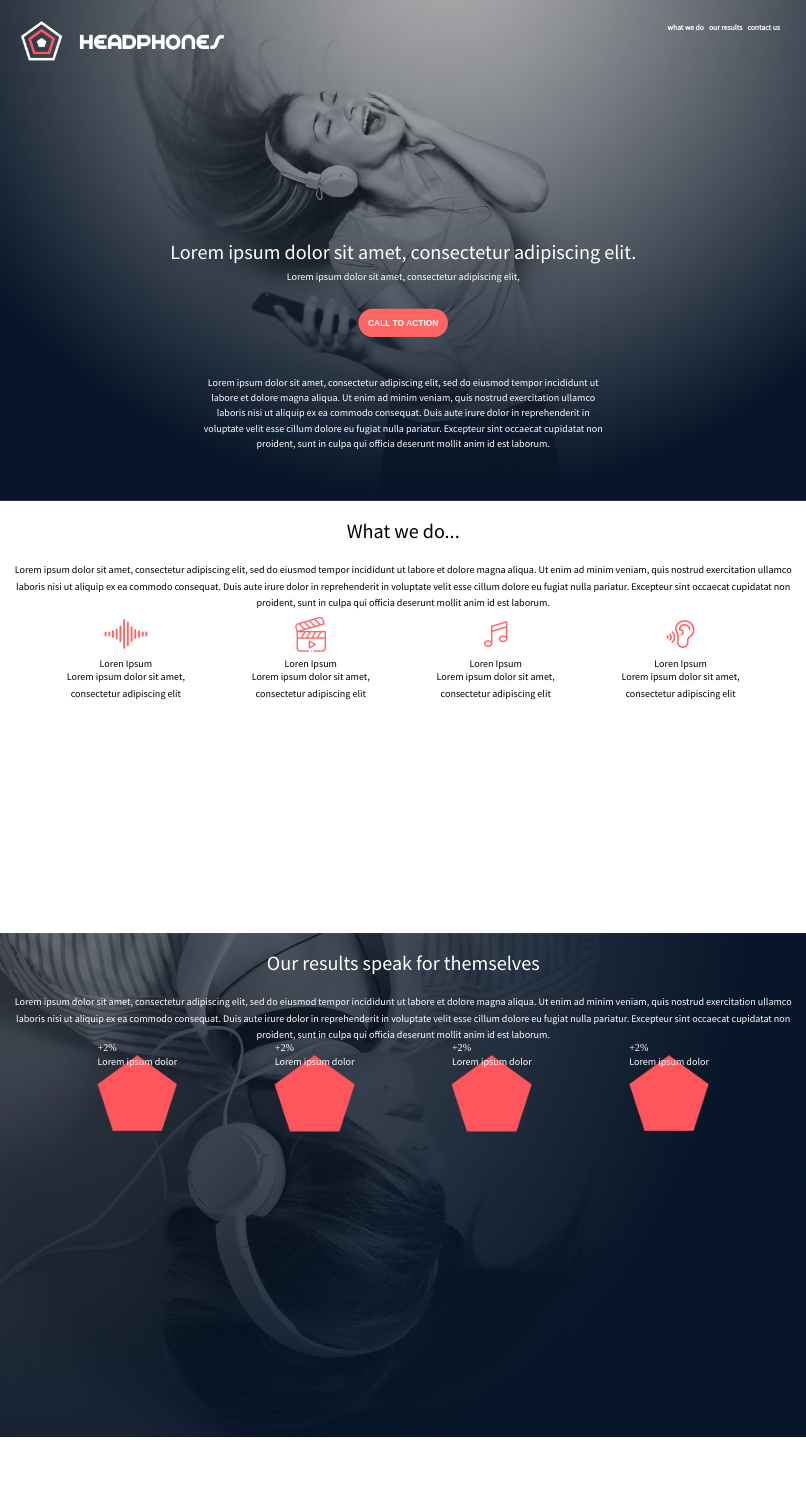
Repository: seleniadelgado/holbertonschool-web_front_end
Page: 0x09-implement_a_design_from_scratch/2-index.html
An editor plug-in stored every save of this project. The page is shown before and after the next save, followed by the edit.
The browser window is 1280 px wide. The pictures show the whole page, at 63% of full size.

Above is the page before, as saved 2020-03-23 12:29:52.

### 0x09-implement_a_design_from_scratch/2-index.html
<!DOCTYPE <!DOCTYPE html>
<head>
    <meta charset="utf-8">
    <title>Headphones</title>
    <meta name="description" content="">
    <meta name="viewport" content="width=device-width, initial-scale=1">
    <link rel="stylesheet" href="2-styles.css">
    <link rel="stylesheet" href="reset.css">
    <link rel="stylesheet" href="./holberton_school-icon/style.css">
    <link href="https://fonts.googleapis.com/css?family=Source+Sans+Pro&display=swap" rel="stylesheet">
</head>
<body>
<!-- nav bar -->
    <header>
        <div class="firstdiv">
            <nav>
                <input type="checkbox" id="menu">
                <label for="menu" id="nav-icon"></label>
                <div class="logo"><img href="active" href="#home"><img src="./images/logo_headphones.png" alt="logo"></a></div>
                <div class="main-nav">
                    <ul class="nav-header">
                        <li><a href="#what-we-do">what we do</a></li>
                        <li><a href="#our-results">our results</a></li>
                        <li><a href="#contact-us">contact us</a></li>
                    </ul>
                </div>
            </nav>
        </div>
<!-- Content -->
        <div class="seconddiv">
            <div class="text">
                <h1>Lorem ipsum dolor sit amet, consectetur adipiscing elit.</h1>
                <p>Lorem ipsum dolor sit amet, consectetur adipiscing elit, </p>
            </div>
        </div>
        <div class="thirddiv">
        <button id="button">CALL TO ACTION</button>
        <p class="longParagraph">Lorem ipsum dolor sit amet, consectetur adipiscing elit, sed do eiusmod tempor incididunt ut labore et dolore magna aliqua.
            Ut enim ad minim veniam, quis nostrud exercitation ullamco laboris nisi ut aliquip ex ea commodo consequat.
            Duis aute irure dolor in reprehenderit in voluptate velit esse cillum dolore eu fugiat nulla pariatur. Excepteur sint occaecat cupidatat non proident,
            sunt in culpa qui officia deserunt mollit anim id est laborum.</p>
            </div>
        </div>
    </div>
    </header>
    <div id="whatWeDo">
        <div class="content">
            <h1>What we do...</h1>
            <p> Lorem ipsum dolor sit amet, consectetur adipiscing elit, sed do eiusmod tempor incididunt ut labore et dolore magna aliqua.
                Ut enim ad minim veniam, quis nostrud exercitation ullamco laboris nisi ut aliquip ex ea commodo consequat.
                Duis aute irure dolor in reprehenderit in voluptate velit esse cillum dolore eu fugiat nulla pariatur. Excepteur sint occaecat cupidatat non proident,
                sunt in culpa qui officia deserunt mollit anim id est laborum.
            </p>
            <div class="grid">
                <div>
                    <div class="icon, item holberton_school-icon-ic_sound"></div>
                    <h6>Loren Ipsum</h6>
                    <p>Lorem ipsum dolor sit amet,<br> consectetur adipiscing elit</p>
                </div>
                <div>
                    <div class="icon, item holberton_school-icon-ic_video"></div>
                    <h6>Loren Ipsum</h6>
                    <p>Lorem ipsum dolor sit amet, <br>consectetur adipiscing elit</p>
                </div>
                <div>
                    <div class="icon, item holberton_school-icon-ic_music"></div>
                    <h6>Loren Ipsum</h6>
                    <p>Lorem ipsum dolor sit amet, <br>consectetur adipiscing elit</p>
                </div>
                <div>
                    <div class="icon, item holberton_school-icon-ic_hearing"></div>
                    <h6>Loren Ipsum</h6>
                    <p>Lorem ipsum dolor sit amet, <br>consectetur adipiscing elit</p>
                </div>
            </div>
        </div>
    </div>
    <div id="our-results">
        <div class="summary">
            <h1>Our results speak for themselves</h1>
            <p>Lorem ipsum dolor sit amet, consectetur adipiscing elit, sed do eiusmod tempor incididunt ut labore et dolore magna aliqua.
                Ut enim ad minim veniam, quis nostrud exercitation ullamco laboris nisi ut aliquip ex ea commodo consequat.
                Duis aute irure dolor in reprehenderit in voluptate velit esse cillum dolore eu fugiat nulla pariatur. Excepteur sint occaecat cupidatat non proident,
                sunt in culpa qui officia deserunt mollit anim id est laborum.
            </p>
            <div class="grid">
                <div class="component">
                    <h2>+2%</h2>
                    <p>Lorem ipsum dolor</p>
                </div>
                <div class="component">
                    <h2>+2%</h2>
                    <p>Lorem ipsum dolor</p>
                </div>
                <div class="component">
                    <h2>+2%</h2>
                    <p>Lorem ipsum dolor</p>
                </div>
                <div class="component">
                    <h2>+2%</h2>
                    <p>Lorem ipsum dolor</p>
                </div>
            </div>
        </div>
    </div>
</body>
</html>

### 0x09-implement_a_design_from_scratch/2-styles.css

:root {
    --font-size-sm: 12px;
    --font-size-md: 16px;
    --font-size-lg: 32px;
    --font-size-xl: 72px;
    --font-size-button: 14px;
    --color-primary-red: #FF6565;
    --color-body-white: white;
    --color-body-black: black;
    --font-family: 'Source Sans Pro', sans-serif;
}

/* header */
html {
    width: 100%;
}

header {
    width: 100%;
    background: transparent;
    position: relative;
    color: var(--color-body-white);
    background-image: url("images/headphones_hero_1.jpg");
    background-repeat: no-repeat;
    background-size: cover;
    font-family: var(--font-family);
}

header .firstdiv {
    justify-content: space-between;
    align-content: space-between;
    padding: 2rem;
    flex-wrap: wrap;
}

header .firstdiv nav {
    width: 100%;
    display: flex;
    justify-content: space-between;
    align-content: space-between;
    position: relative;
}

a {
    margin: auto 1.25rem;
    color: var(--color-body-white);
    text-decoration: none;
    font-family: var(--font-family);
}

a:hover, a:active {
    color: var(--color-primary-red)
}

#menu {
    display: none;
    position: absolute;
}

#nav-icon {
    display: none;
    position: absolute;
}

.logo {
    float: left;
}

.nav-header {
    display: inline-flex;
    margin: auto 0;
    list-style-type: none;
    font-size: var(--font-size-sm);
    font-weight: bolder;
    font-family: var(--font-family);
}

.main-nav ul {
    border: 6px transparent solid;
    justify-content: space-between;
}

.main-nav ul li a {
    border: 4px transparent solid;
    font-family: var(--font-family);

}

/* nav */
.seconddiv {
    text-align: center;
}

.thirddiv {
    text-align: center;
}

/*text */
.text {
    padding-top: 20%;
    text-align: center;
    line-height: 32px;
}

.text h1 {
    font-size: var(--font-size-md);
    color: var(--color-body-white);
}

.text p {
    font: var(--font-size-sm);
    color: var(--color-body-white);
}

/* button */
#button {
    padding: 15px;
    margin-top: 40px;
    margin-bottom: 60px;
    border-radius: 4em;
    background-color: #FF6565;
    box-shadow: var(--color-body-black);
    border-style: none;
    color: var(--color-body-white);
    font-weight: bolder;
}

#button:hover {
    opacity: 0.9;
}

/* end button */

/* start longparagraph */
.longParagraph {
    display: flex;
    margin: auto;
    margin: 0% 25% 0% 25%;
    line-height: 24px;
    font-family: var(--font-family);
    font-size: var(--font-size-md);
    color: var(--color-body-white);
    padding-bottom: 5em;
}
/* end longparagraph */

/* media query for screens less than 480px */
@media (max-width: 480px)
{
    header nav {
      flex-direction: column;
      align-items: center;
    }

    .logo {
      width: 50%;
      height: auto;
      display: flex;
      text-align: center;
    }

    .nav-header {
      display: none;
      width: 100%;
      flex-direction: column;
      margin: 1rem auto;
      text-align: center;
      font-weight: bold;
      font-size: var(--font-size-btn);
      float: right;
      display: inline-flex;
      margin-right: 10%;
    }

    .nav-header li {
      width: 100%;
      margin: 0.5rem auto;
      padding-right: 50px;
      font-family: var(--font-family);
    }

    #nav-icon {
        background: var(--color-body-white);
        height: 2px;
        width: 13px;
        position: absolute;
        left: 1rem;
        top: 18px;
        display: block;
    }

    #nav-icon::before {
        content: "";
        background: var(--color-body-white);
        height: 2px;
        width: 20px;
        position: relative;
        top: -0.4rem;
        display: block;
        transition: all 0.2s ease;
    }

    #nav-icon::after {
        content: "";
        background: var(--color-body-white);
        height: 2px;
        width: 18px;
        position: relative;
        top: 0.3rem;
        display: block;
        transition: all 0.2s ease;
    }

    #menu:checked ~ .nav-header {
        display: inline-flex;
    }

    #menu:checked ~ #nav-icon {
        background: transparent;
    }

    #menu:checked ~ #nav-icon::before {
        transform: rotate(45deg);
        top: 3px;
        margin: auto;
    }

    #menu:checked ~ #nav-icon::after {
        width: 20px;
        transform: rotate(-45deg);
        top: 1px;
        margin: auto;
    }
}

.text {
    font-family: var(--font-family);
    line-height: 24px;
}

.text h1 {
    font-size: var(--font-size-lg);
    margin-bottom: 10;
    line-height: 32px;;
}

.text p {
    font-size: var(--font-size-md);
}

/* menu btn ends */
.content {
    display: grid;
    text-align: center;
    font-family: var(--font-family);
    margin-bottom: 20em;
}

.grid {
    display: flex;
    flex-wrap: wrap;
    justify-content: space-evenly;
    height: 100%
}

.grid p {
    padding-bottom: 3em;
}

.item {
    color: var(--color-primary-red);
    font-size: var(--font-size-xl);
    margin: 2px;
}

.item h6, p {
    color: var(--color-body-black);
    font-size: var(--font-size-sm);
    margin-bottom: 5px;
}

#whatWeDo {
    margin-top: 2em;
    font-family: var(--font-family);
    margin-bottom: none;
}

.content h1 {
    font-size: var(--font-size-lg);
    margin-bottom: 1em;
}

.content p {
    text-align: center;
    font-size: var(--font-size-md);
    line-height: 26px;
}

#our-results {
    padding-top: 2em;
    background-image: url(images/headphones_hero_2.jpg);
    background-repeat: no-repeat;
    color: var(--color-body-white);
}

.summary h1 {
    text-align: center;
    color: var(--color-body-white);
    font-family: var(--font-family);
    font-size: var(--font-size-lg);
    margin-bottom: 1em;
}

.summary p {
    color: var(--color-body-white);
    font-family: var(--font-family);
    font-size: var(--font-size-md);
    line-height: 26px;
    text-align: center;
}
.results h2 {
    position: absolute;
    text-align: center;
    left: 50%;
    transform: translate(-50%, -50%);
}
.component {
    background-image: url("images/pentagone.png");
    background-repeat: no-repeat;
    background-size: contain;
    background-position: center;
    height: 10rem;
    padding: 0;
    position: relative;
}

### 0x09-implement_a_design_from_scratch/holberton_school-icon/style.css
@font-face {
  font-family: 'holberton_school-icon';
  src:  url('fonts/holberton_school-icon.eot?sq4eq4');
  src:  url('fonts/holberton_school-icon.eot?sq4eq4#iefix') format('embedded-opentype'),
    url('fonts/holberton_school-icon.ttf?sq4eq4') format('truetype'),
    url('fonts/holberton_school-icon.woff?sq4eq4') format('woff'),
    url('fonts/holberton_school-icon.svg?sq4eq4#holberton_school-icon') format('svg');
  font-weight: normal;
  font-style: normal;
  font-display: block;
}

[class^="holberton_school-icon-"], [class*=" holberton_school-icon-"] {
  /* use !important to prevent issues with browser extensions that change fonts */
  font-family: 'holberton_school-icon' !important;
  speak: none;
  font-style: normal;
  font-weight: normal;
  font-variant: normal;
  text-transform: none;
  line-height: 1;

  /* Better Font Rendering =========== */
  -webkit-font-smoothing: antialiased;
  -moz-osx-font-smoothing: grayscale;
}

.holberton_school-icon-arrow_1:before {
  content: "\e900";
}
.holberton_school-icon-arrow_2:before {
  content: "\e901";
}
.holberton_school-icon-arrow_3:before {
  content: "\e902";
}
.holberton_school-icon-arrow_4:before {
  content: "\e903";
}
.holberton_school-icon-arrow_5:before {
  content: "\e904";
}
.holberton_school-icon-check:before {
  content: "\e905";
}
.holberton_school-icon-ic_bag:before {
  content: "\e906";
}
.holberton_school-icon-ic_cart:before {
  content: "\e907";
}
.holberton_school-icon-ic_facebook:before {
  content: "\e908";
}
.holberton_school-icon-ic_hearing:before {
  content: "\e909";
}
.holberton_school-icon-ic_instagram:before {
  content: "\e90a";
}
.holberton_school-icon-ic_laptop:before {
  content: "\e90b";
}
.holberton_school-icon-ic_money:before {
  content: "\e90c";
}
.holberton_school-icon-ic_music:before {
  content: "\e90d";
}
.holberton_school-icon-ic_sound:before {
  content: "\e90e";
}
.holberton_school-icon-ic_twitter:before {
  content: "\e90f";
}
.holberton_school-icon-ic_video:before {
  content: "\e910";
}
.holberton_school-icon-menu:before {
  content: "\e911";
}
.holberton_school-icon-search_1:before {
  content: "\e912";
}
.holberton_school-icon-search_2:before {
  content: "\e913";
}
.holberton_school-icon-star:before {
  content: "\e914";
}

Loaded but not shown: 0x09-implement_a_design_from_scratch/reset.css (common file)

After the next save:
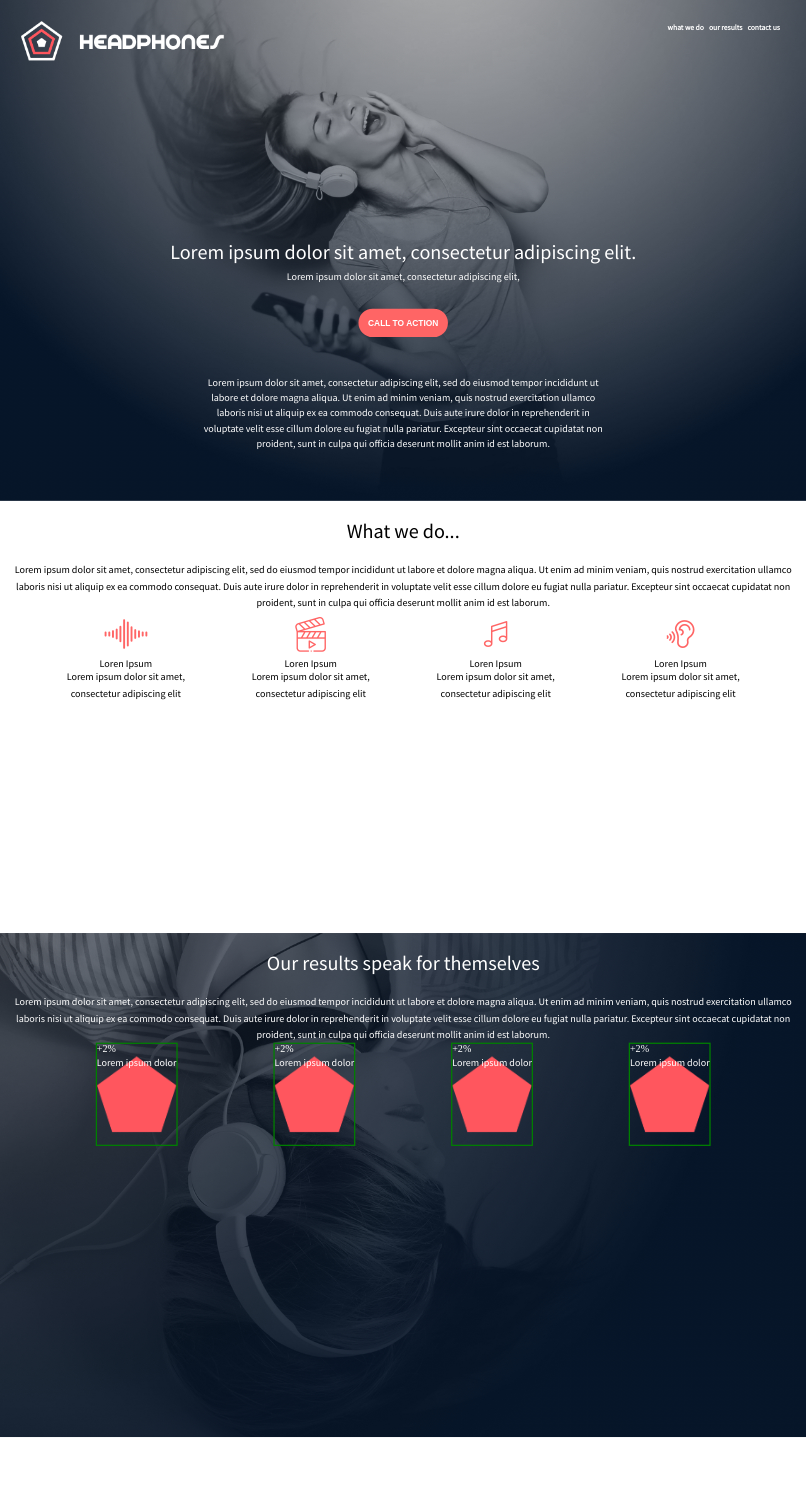
Saved 21 s later.
--- a/0x09-implement_a_design_from_scratch/2-styles.css
+++ b/0x09-implement_a_design_from_scratch/2-styles.css
@@ -333,4 +333,5 @@ a:hover, a:active {
     height: 10rem;
     padding: 0;
     position: relative;
-}
+    border: 2px solid green;
+}
